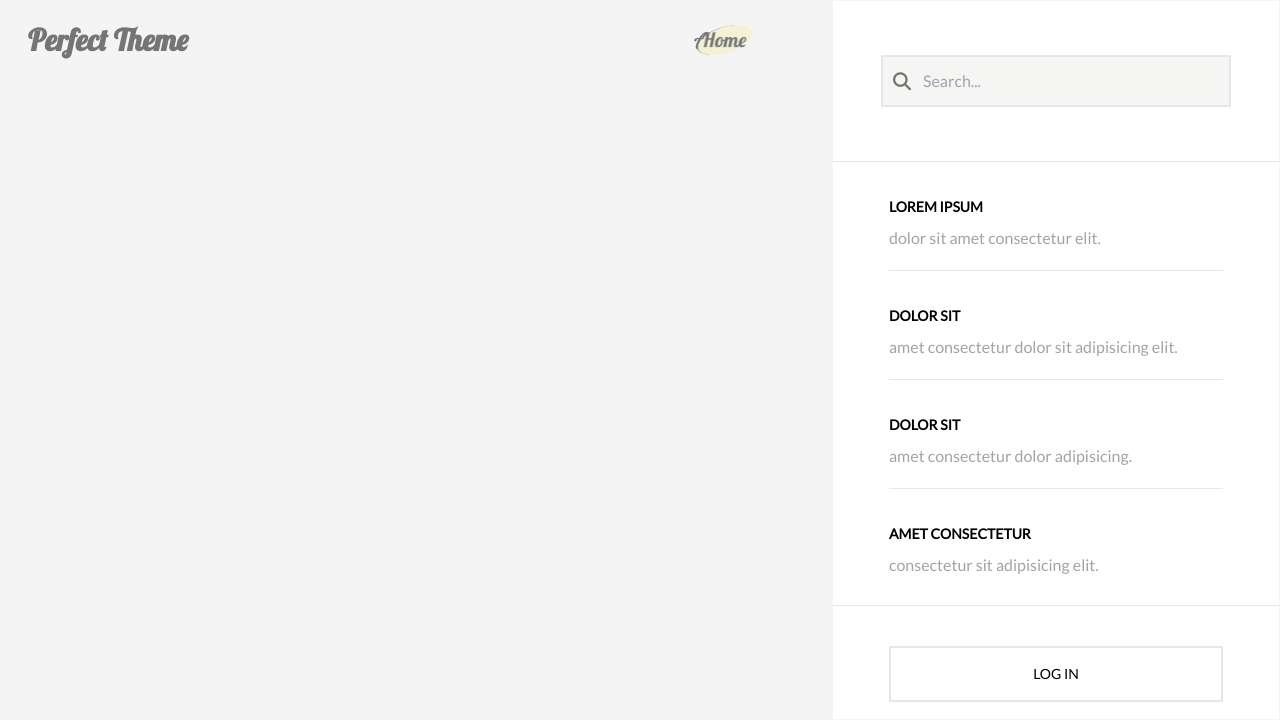
Repository: hsumyatm7308/laravel-blog
Page: blogweb/resources/views/blog/headerlayout.html
The author's editor kept a copy of each file at every save. The page is drawn from the files as they stood at one save, then again after a run of saves.
The browser window is 1280 px wide. The pictures show the whole page.
Some web libraries are served in a nearby version.

Above is the page before, as saved 2023-09-05 17:47:34.

### blogweb/resources/views/blog/headerlayout.html
<!DOCTYPE html>
<html>

<head>
    <title>@yield('title')</title>
    <script src="https://cdn.tailwindcss.com"></script>
    <link rel="stylesheet" href="https://cdnjs.cloudflare.com/ajax/libs/font-awesome/6.4.2/css/all.min.css">

</head>
<style>
    /* for nav  */
    @import url('https://fonts.googleapis.com/css2?family=Lobster&display=swap');
    /* for body  */
    @import url('https://fonts.googleapis.com/css2?family=Lato&display=swap');


    body {
        font-family: 'Lato', sans-serif;
    }

    nav {
        font-family: 'Lobster', cursive;
    }


    .container {
        width: 80%;
        height: auto;
        /* background-color: antiquewhite; */

        display: flex;
        justify-content: center;
        align-items: center;

        position: relative;


    }

    .navlabel {
        position: relative;
        /* background-color: aqua; */
    }

    .lictn {
        position: relative;
    }

    .skewtextctn,
    .skewtextctn2 {
        width: 50px;
        height: 30px;
        border-radius: 100%;
        border-left: 1px solid black;

        position: fixed;
        top: 25px;




        transform: skew(-40deg);

    }

    .skewtextctn {
        left: 700px;
    }

    .skewtextctn2 {
        left: 800px;
    }



    .article {
        position: fixed;
        left: 1px;

        top: 1px;
        transform: skew(40deg);

    }

    .skewtextctn:hover,
    .skewtextctn2:hover {
        transition: all .5s;
        background-color: rgb(51 65 85);
    }

    .skewtextctn:hover .article,
    .skewtextctn2:hover .article {
        color: #000;
    }
</style>

<body class="bg-[#ffff]">
    <nav class="w-[100vw] flex justify-center items-center">
        <h1 class="text-3xl font-semibold">Perfect Theme</h1>

        <div class="w-[80%] h-20 flex justify-center items-center container">
            <div class="flex justify-between items-center list-none navlabel">
                <li class="p-5 mr-4 lictn">
                    <div class="bg-yellow-100 skewtextctn">
                        <a href="" class="text-xl text-black article">Home</a>
                    </div>
                </li>

                <li class="p-5 mr-4">
                    <div class=" active">
                        <a href="" class="text-xl text-black ">Article</a>
                    </div>
                </li>
            </div>


        </div>

        <div class=" menu ">
            <span class="text-xs flex justify-center items-center flex-col">
                <div class="w-10 h-[2px] bg-black"></div>
                <span class="p-1 hover:self-end hover:text-yellow-500"> menu</span>
                <div class="w-10 h-[2px] bg-black font-semibold"></div>
            </span>
        </div>
    </nav>



    <div
        class="menu-modal w-[100%]  h-screen absolute left-0 top-0 flex justify-center items-center">
        <div class="w-[65%] h-[100vh] bg-[linear-gradient(rgba(233,233,233,.5),rgba(233,233,233,.5))] p-0">

        </div>
        <div class="w-[35%] h-[100vh] bg-white  border border-slate-100">

            <div class="w-full h-40 flex justify-center items-center">
                <form action="" method="post" class="relative">
                    <i class="fa-solid fa-magnifying-glass text-stone-500 text-lg absolute left-3 top-[12px]"></i>
                    <input type="search"
                        class=" border-2 px-32 py-3 pl-10 bg-stone-100 font-thin focus:outline-none	focus:border focus:border-emerald-600 focus:ring-1 focus:ring-emerald-400"
                        placeholder="Search...">
                </form>
            </div>
            <hr>


            <div class="mt-4">
                <div class="px-14 py-4 group hover:text-emerald-600">
                    <li class="list-none pb-5">
                        <a href="" class="uppercase text-sm font-semibold group-hover:text-emerald-600">Lorem ipsum</a>
                        <p class="text-stone-400 mt-2 group-hover:text-emerald-600">dolor sit amet consectetur elit.</p>
                    </li>
                    <hr>
                </div>


                <div class="px-14 py-4 group hover:text-emerald-600">
                    <li class="list-none pb-5">
                        <a href="" class="uppercase text-sm font-semibold group-hover:text-emerald-600" >dolor sit</a>
                        <p class="text-stone-400 mt-2 group-hover:text-emerald-600"> amet consectetur dolor sit adipisicing elit.</p>

                    </li>
                    <hr>
                </div>


                <div class="px-14 py-4 group hover:text-emerald-600">
                    <li class="list-none pb-5">
                        <a href="" class="uppercase text-sm font-semibold  group-hover:text-emerald-600">dolor sit</a>
                        <p class="text-stone-400 mt-2 group-hover:text-emerald-600" > amet consectetur dolor adipisicing.</p>

                    </li>
                    <hr>
                </div>

                <div class="px-14 py-4 group hover:text-emerald-600">
                    <li class="list-none  pb-3 hover:text-emerald-400">
                        <a href="" class="uppercase text-sm font-semibold group-hover:text-emerald-600">amet consectetur </a>
                        <p class="text-stone-400 mt-2 group-hover:text-emerald-600"> consectetur sit adipisicing elit.</p>

                    </li>

                </div>
                <hr class="mb-10">

                <div class=" px-14">
                    <div class="px-4 py-4 border-2 flex justify-center items-center mt-5 hover:border-emerald-600 hover:text-emerald-500 ">
                        <button class="uppercase text-sm">Log in</button>
                    </div>


                </div>
            </div>

        </div>

    </div>


    <script>
        var menu = document.querySelector('.menu');
        menu.addEventListener('click', function () {

        })


    </script>
</body>

</html>

After the next 2 saves:
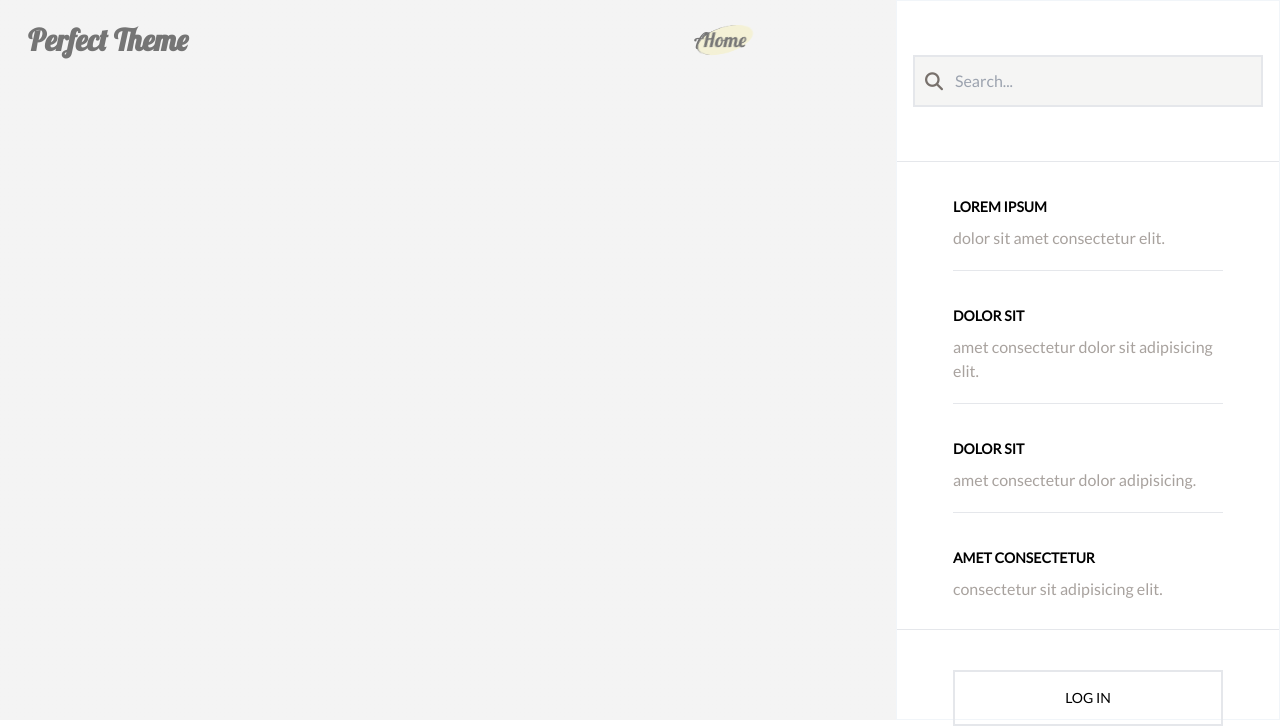
The 2 saves are shown as one change because they came seconds apart.
The last was saved 21 s later.
--- a/blogweb/resources/views/blog/headerlayout.html
+++ b/blogweb/resources/views/blog/headerlayout.html
@@ -129,10 +129,10 @@
 
     <div
         class="menu-modal w-[100%]  h-screen absolute left-0 top-0 flex justify-center items-center">
-        <div class="w-[65%] h-[100vh] bg-[linear-gradient(rgba(233,233,233,.5),rgba(233,233,233,.5))] p-0">
-
-        </div>
-        <div class="w-[35%] h-[100vh] bg-white  border border-slate-100">
+        <div class="w-[70%] h-[100vh] bg-[linear-gradient(rgba(233,233,233,.5),rgba(233,233,233,.5))] p-0">
+
+        </div>
+        <div class="w-[30%] h-[100vh] bg-white  border border-slate-100">
 
             <div class="w-full h-40 flex justify-center items-center">
                 <form action="" method="post" class="relative">
